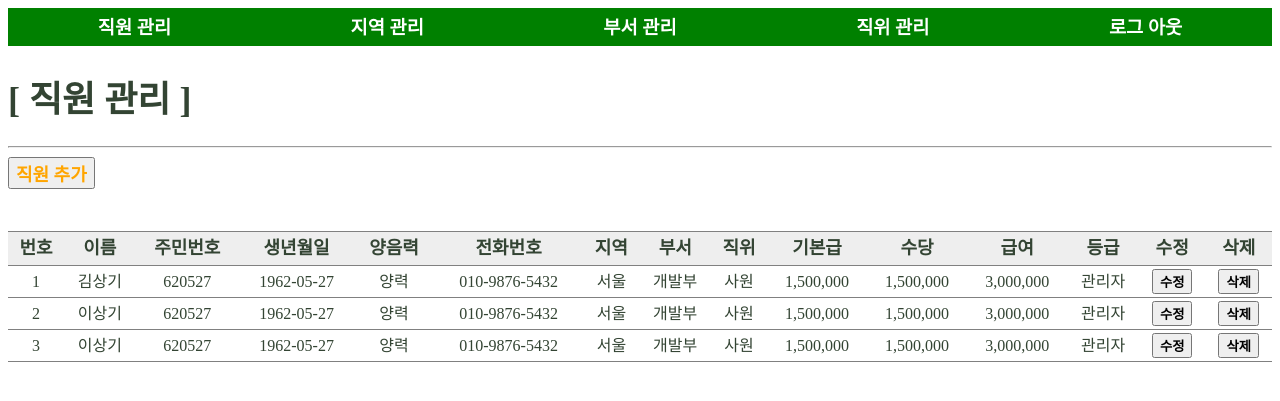
Repository: Umkimisstrong/UM_SpringMVCStudy
Page: http://localhost/mvc04/EmployeeList.jsp
An editor plug-in stored every save of this project. The page is shown before and after the next save, followed by the edit.
The browser window is 1280 px wide. The pictures show the whole page.
The pointer rests on the first visible `.btn`.
The page is served by Tomcat 9.

Above is the page before, as saved 2022-05-27 01:42:34.

After the next save:
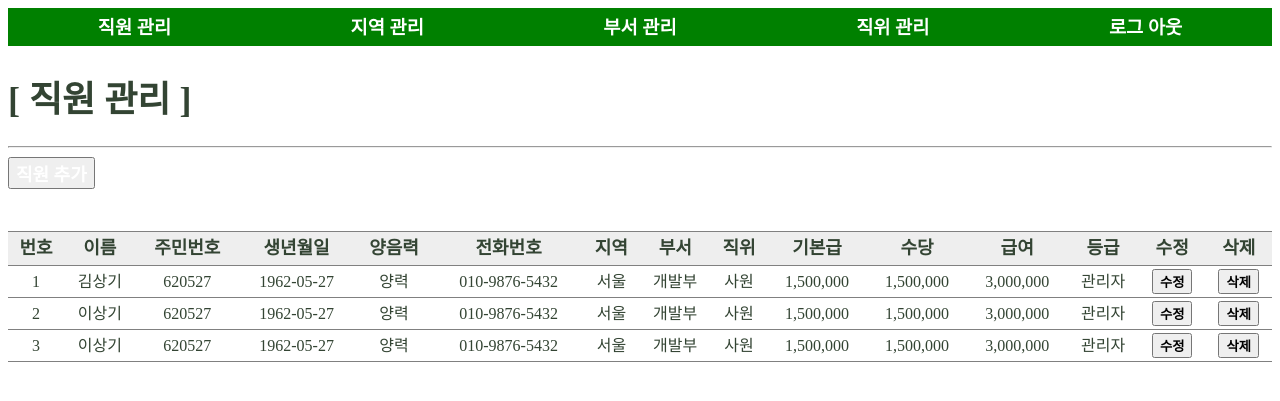
Saved 3 min 56 s later.
--- a/mvc04/WebContent/css/main.css
+++ b/mvc04/WebContent/css/main.css
@@ -61,5 +61,6 @@ a:hover
 
 .btn:hover
 {
-	color: orange;
+	color: #ffffff;
+	background-color: #00800;
 }
